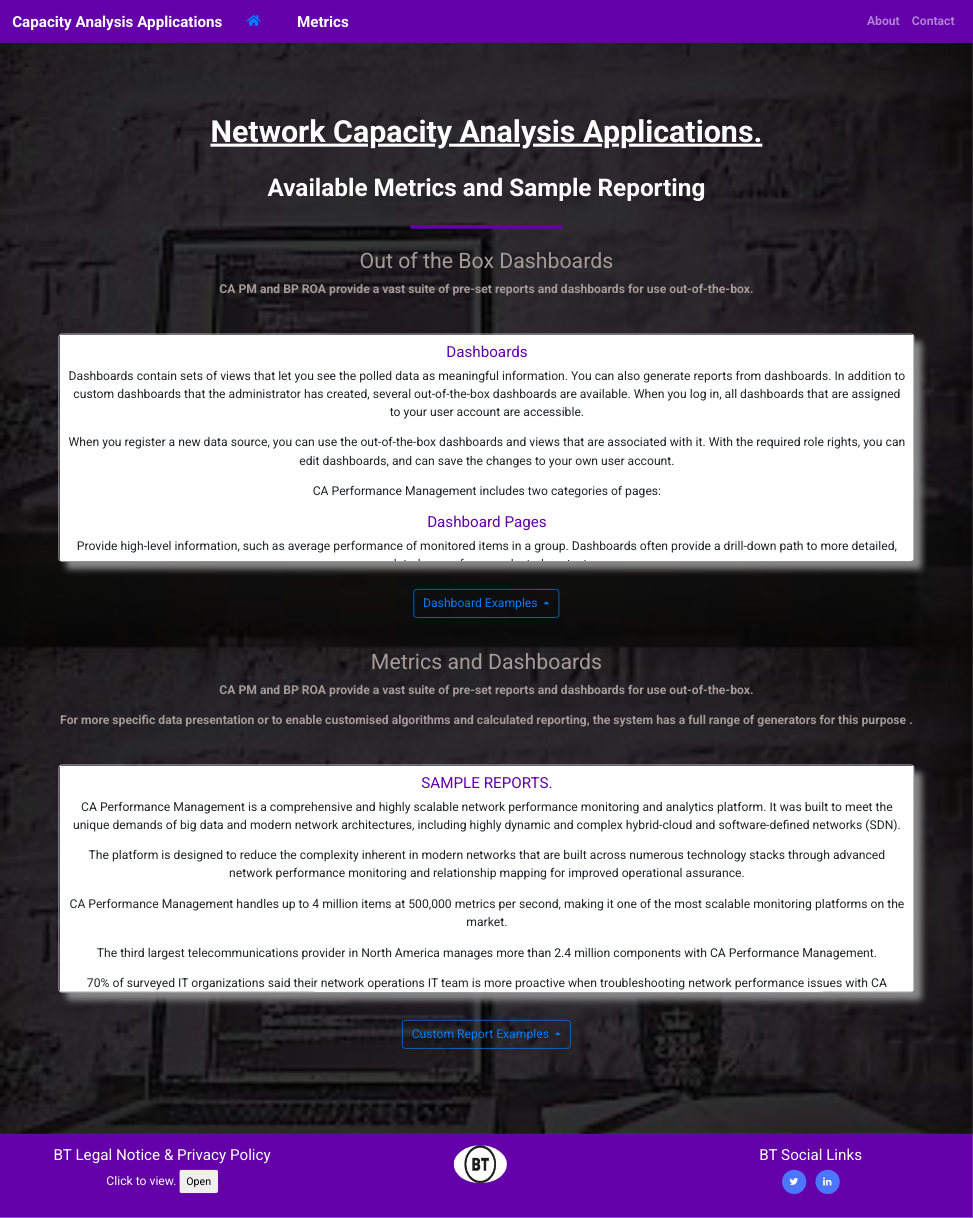
Repository: Mofarrell1967/Application-Manager
Page: metrics.html
The author's editor kept a record of every edit. The page is drawn from the files as they stood at one moment, then again after the next edit.
The browser window is 1280 px wide. The pictures show the whole page, at 76% of full size.
Backgrounds fixed to the window are drawn as part of the page. Some web libraries are served in a nearby version.

Above is the page before.

After the next edit:
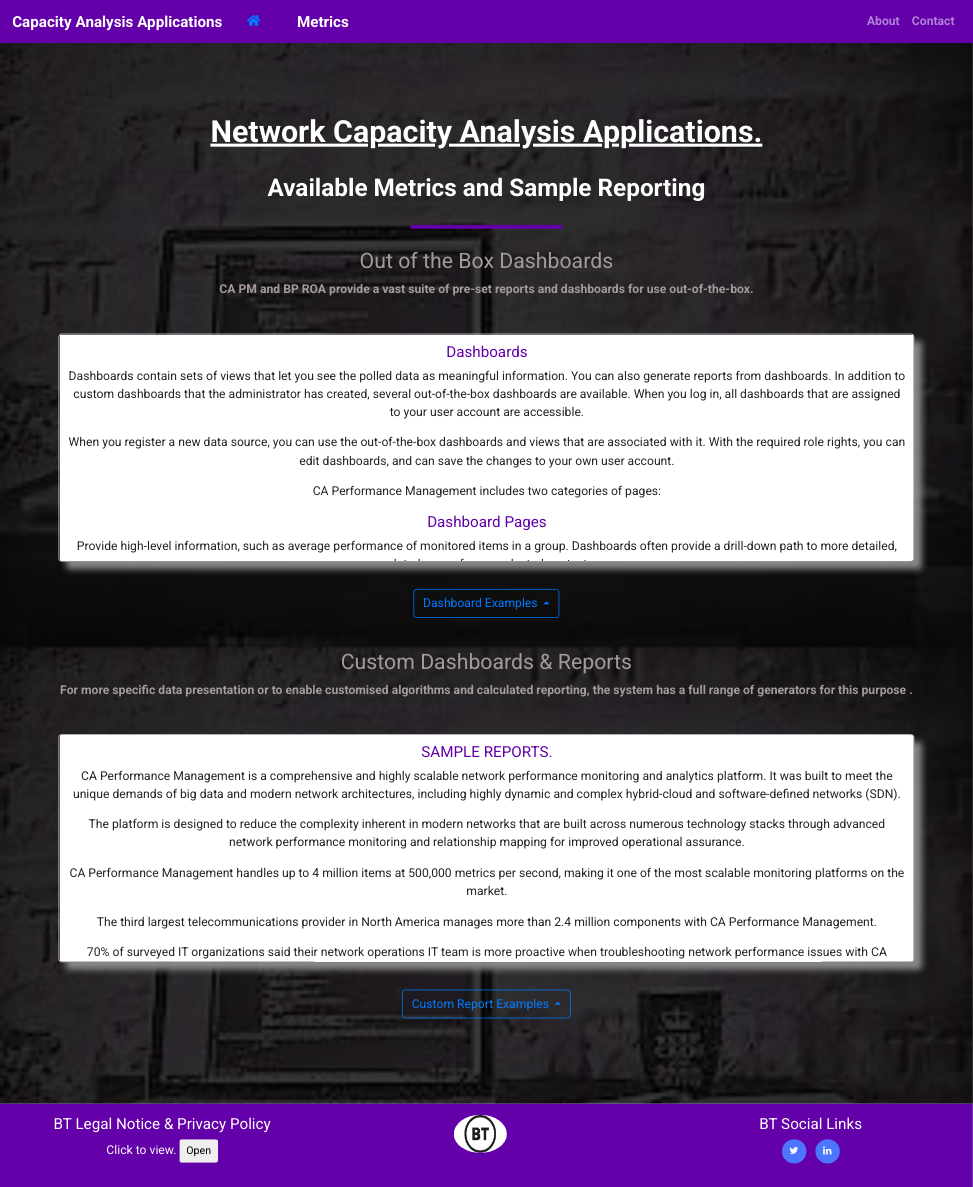
The edit:
--- a/metrics.html
+++ b/metrics.html
@@ -101,8 +101,7 @@
 
 
                     <div class="metrics-header">
-                        <h3>Metrics and Dashboards</h3>
-                        <p>CA PM and BP ROA provide a vast suite of pre-set reports and dashboards for use out-of-the-box.</p>
+                        <h3>Custom Dashboards & Reports</h3>
                         <p>For more specific data presentation or to enable customised algorithms and calculated reporting, the system has a full range of generators for this purpose .</p>
                     </div>
                     <section class="container-fluid">
